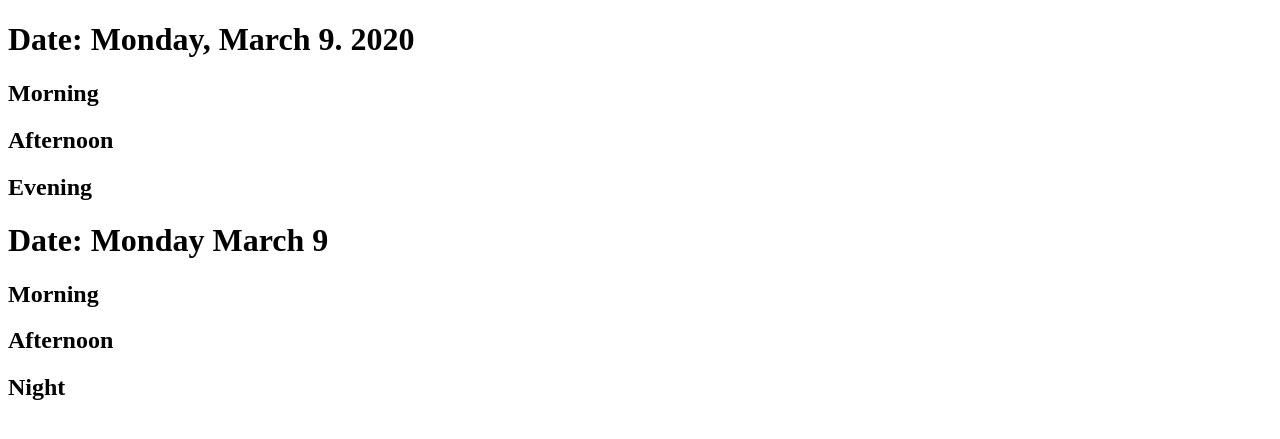
Repository: chocochocosensei/Mission-Exercises
Page: Page1/index.html
These files come from the project's save history. The page is drawn as it stood at one moment and after the next save; the edit follows.
The browser window is 1280 px wide. The pictures show the whole page.

Above is the page before, as saved 2020-03-09 10:05:16.

### Page1/index.html
<!DOCTYPE html>
<html lang="en">
<head>
    <meta charset="UTF-8">
    <meta name="viewport" content="width=device-width, initial-scale=1.0">
    <title>My Diary</title>
</head>
<body>
    <h1>Date: Monday, March 9. 2020</h1>
    <p>

    </p>
        <h2>Morning</h2>
    <p>

    </p>
        <h2>Afternoon</h2>
    <p>

    </p>
        <h2>Evening</h2>
    <p>

    </p>



    <h1>Date: Monday March 9</h1>
    <h2>Morning</h2>
    <h2>Afternoon</h2>
    <h2>Night</h2>

</body>
</html>

After the next save:
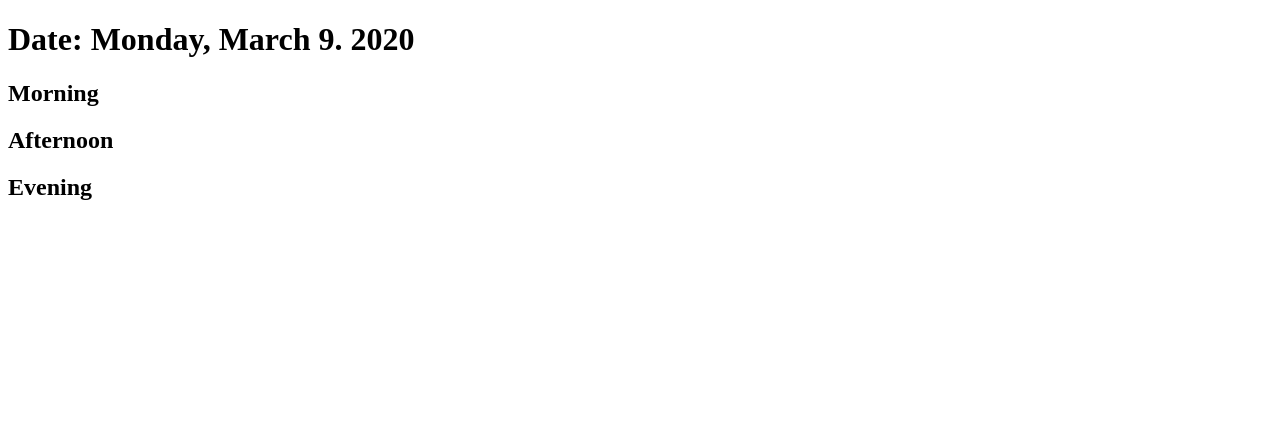
Saved 91 s later.
--- a/Page1/index.html
+++ b/Page1/index.html
@@ -24,11 +24,5 @@
     </p>
 
 
-
-    <h1>Date: Monday March 9</h1>
-    <h2>Morning</h2>
-    <h2>Afternoon</h2>
-    <h2>Night</h2>
-
 </body>
 </html>
